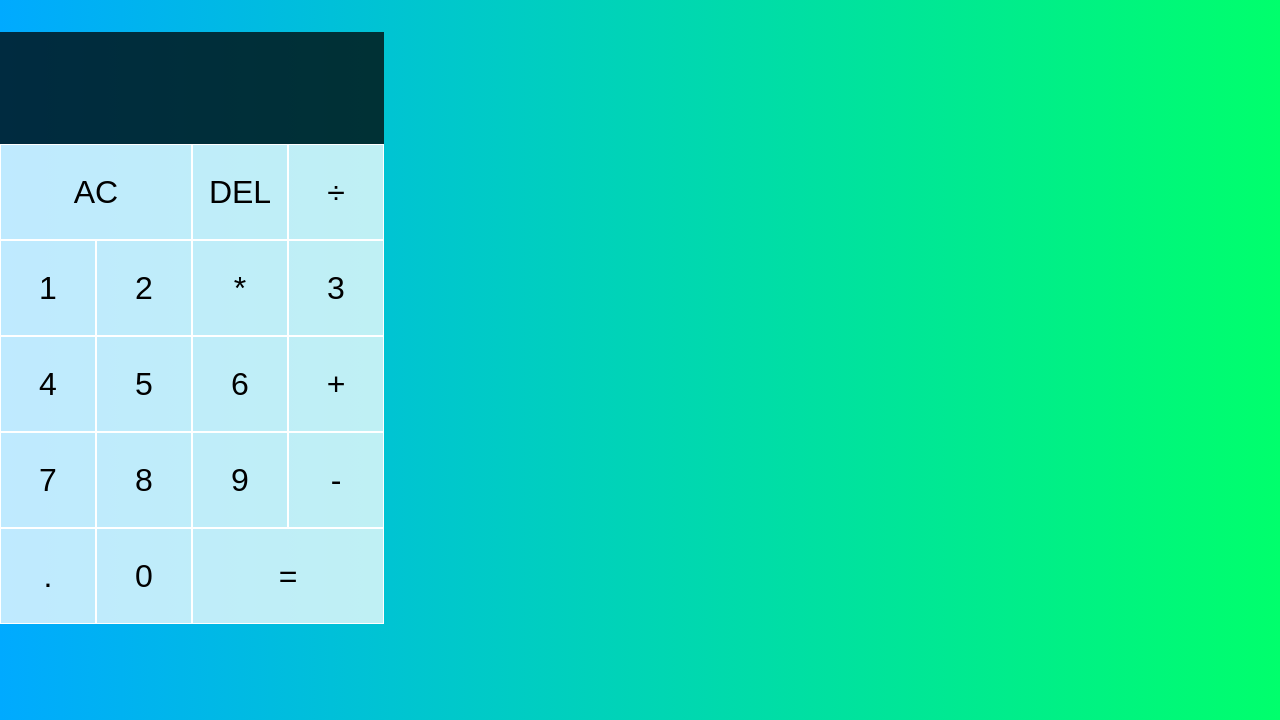
Repository: Ellisvelandia/Calculator
Page: /
An editor plug-in stored every save of this project. The page is shown before and after the next save, followed by the edit.
The browser window is 1280 px wide. The pictures show the whole page.
The project was rebuilt for these pictures with package versions that can differ from the ones it lists, and the page was loaded fresh each time. Also part of the build but not shown: src/index.css.

Above is the page before, as saved 2022-08-16 10:44:44.

### src/App.js
import "./App.css";

function App() {
  return (
    <div className="calculator-grid">
      <div className="output">
        <div className="previous-operand"></div>
        <div className="current-operand"></div>
      </div>
      <button className="span-two">AC</button>
      <button>DEL</button>
      <button>÷</button>
      <button>1</button>
      <button>2</button>
      <button>*</button>
      <button>3</button>
      <button>4</button>
      <button>5</button>
      <button>6</button>
      <button>+</button>
      <button>7</button>
      <button>8</button>
      <button>9</button>
      <button>-</button>
      <button>.</button>
      <button>0</button>
      <button className="span-two">=</button>
    </div>
  );
}

export default App;

### src/App.css
*,
* ::before,
*::after {
  box-sizing: border-box;
}

body {
  margin: 0;
  background: linear-gradient(To right, #00aaff, #00ff6c);
}

.calculator-grid {
  display: grid;
  margin-top: 2rem;
  grid-template-columns: repeat(4, 6rem);
  grid-template-rows: minmax(7rem, auto) repeat(5, 6rem);
}

.calculator-grid > button {
  cursor: pointer;
  font-size: 2rem;
  border: 1px solid white;
  outline: none;
  background: rgba(255, 255, 255, 0.75);
}

.calculator-grid > button:hover,
.calculator-grid > button:focus {
  background-color: rgba(255, 255, 255, 0.9);
}

.span-two {
  grid-column: span 2;
}

.output {
  grid-column: 1 / -1;
  background-color: rgba(0, 0, 0, 0.75);
  display: flex;
  flex-direction: column;
  align-items: flex-end;
  justify-content: space-around;
  padding: 0.75rem;
  word-break: break-all;
}

.output .previous-operand {
  color: rgba(255, 255, 255, 0.75);
  font-size: 1.5rem;
}

.output .current-operand {
  color: white;
  font-size: 2.5rem;
}

Loaded but not shown: public/index.html (common file); src/index.js (common file); src/reportWebVitals.js (common file)

After the next save:
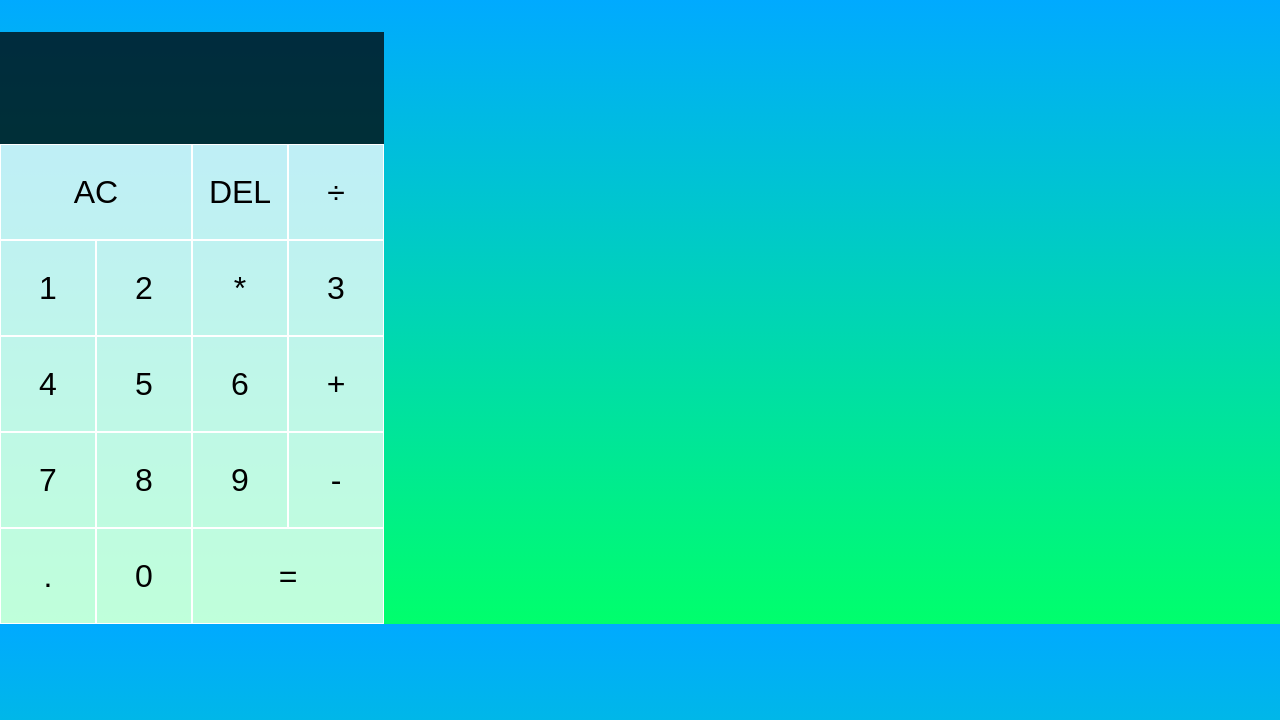
Saved 5 s later.
--- a/src/App.css
+++ b/src/App.css
@@ -6,7 +6,7 @@
 
 body {
   margin: 0;
-  background: linear-gradient(To right, #00aaff, #00ff6c);
+  background: linear-gradient(#00aaff, #00ff6c);
 }
 
 .calculator-grid {
